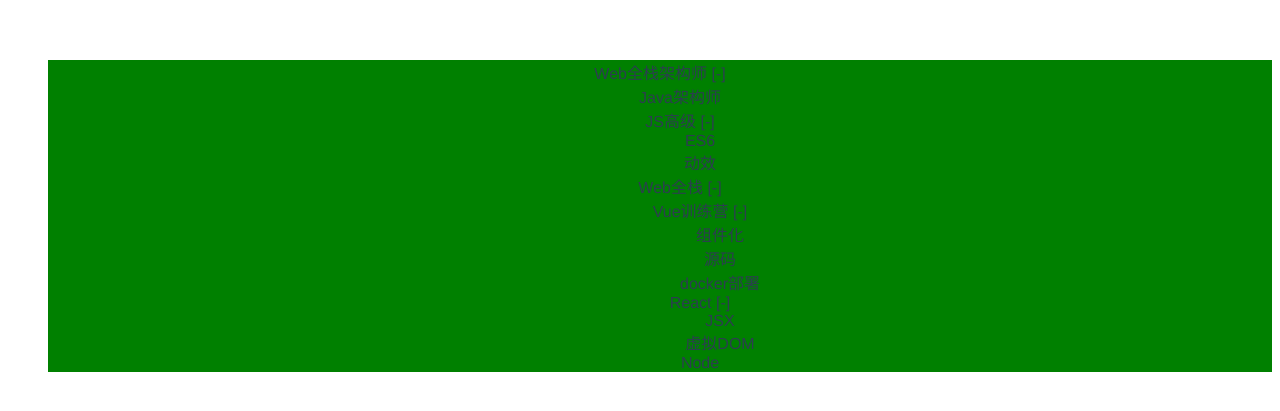
Repository: lxl0302/ClassBegin_-sound_code
Page: /#/tree
These files come from the project's save history. The page is drawn as it stood at one moment and after the next save; the edit follows.
The browser window is 1280 px wide. The pictures show the whole page.
The project was rebuilt for these pictures with package versions that can differ from the ones it lists, and the page was loaded fresh each time.

Above is the page before, as saved 2020-07-08 14:21:44.

### src/main.js
import Vue from 'vue'
import App from './App.vue'
import create from './utils/create'

Vue.config.productionTip = false

Vue.prototype.$create =create

new Vue({
  render: h => h(App),
}).$mount('#app')

### src/App.vue
<template>
  <div id="app">
    <HelloWorld />
  </div>
</template>

<script>
import HelloWorld from './tree/index'

export default {
  name: 'App',
  components: {
    HelloWorld
  }
}
</script>

<style>
#app {
  font-family: Avenir, Helvetica, Arial, sans-serif;
  -webkit-font-smoothing: antialiased;
  -moz-osx-font-smoothing: grayscale;
  text-align: center;
  color: #2c3e50;
  margin-top: 60px;
}
</style>

### src/utils/create.js
import Vue from 'vue';

export default function create(Component, props) {
  // 先创建实例
  const vm = new Vue({
    render(h) {
      // h就是createElement, 它返回VNode
      return h(Component, {props})
    }
  }).$mount();
  // 手动挂在dom 创建实例后 会有与实例对应的实体dom
  document.body.appendChild(vm.$el)
  // 销毁方法
  const comp = vm.$children[0];
  comp.remove = function() {
    document.body.removeChild(vm.$el); // 移除实体dom
    vm.$destroy() // 销毁实例
  }
  return comp
}

### src/tree/index.vue
<template>
  <div>
    <ul>
      <item class="item" :model="treeData"></item>
    </ul>
  </div>
</template>

<script>
import Item from "./Item";
export default {
  name: "index",
  components: { Item },
  data() {
    return {
      treeData: {
        title: "Web全栈架构师",
        children: [
          {
            title: "Java架构师"
          },
          {
            title: "JS高级",
            children: [
              {
                title: "ES6"
              },
              {
                title: "动效"
              }
            ]
          },
          {
            title: "Web全栈",
            children: [
              {
                title: "Vue训练营",
                expand: true,
                children: [
                  {
                    title: "组件化"
                  },
                  {
                    title: "源码"
                  },
                  {
                    title: "docker部署"
                  }
                ]
              },
              {
                title: "React",
                children: [
                  {
                    title: "JSX"
                  },
                  {
                    title: "虚拟DOM"
                  }
                ]
              },
              {
                title: "Node"
              }
            ]
          }
        ]
      }
    };
  }
};
</script>

<style lang="scss" scoped>
</style>

### src/tree/Item.vue
<template>
  <div class="item-class">
    <li>
    <div @click="toggle">
      {{model.title}}
      <span v-if="isFolder">[{{open ? '-' : '+'}}]</span>
    </div>
    <ul v-show="open" v-if="isFolder">
      <item class="item" v-for="model in model.children" :model="model" :key="model.title"></item>
    </ul>
  </li>
  </div>
</template>

<script>
export default {
  name: "Item",
  props: {
    model: {
      type: Object,
      required: true
    }
  },
  data() {
    return {
      open: true
    };
  },
  computed: {
    isFolder() {
      return this.model.children && this.model.children.length;
    }
  },
  methods: {
    toggle() {
      if (this.isFolder) {
        this.open = !this.open;
      }
    }
  }
};
</script>
<style scoped>
.item-class {
  list-style: none;
  background-color: green;
}
</style>

Loaded but not shown: public/index.html (common file)

After the next save:
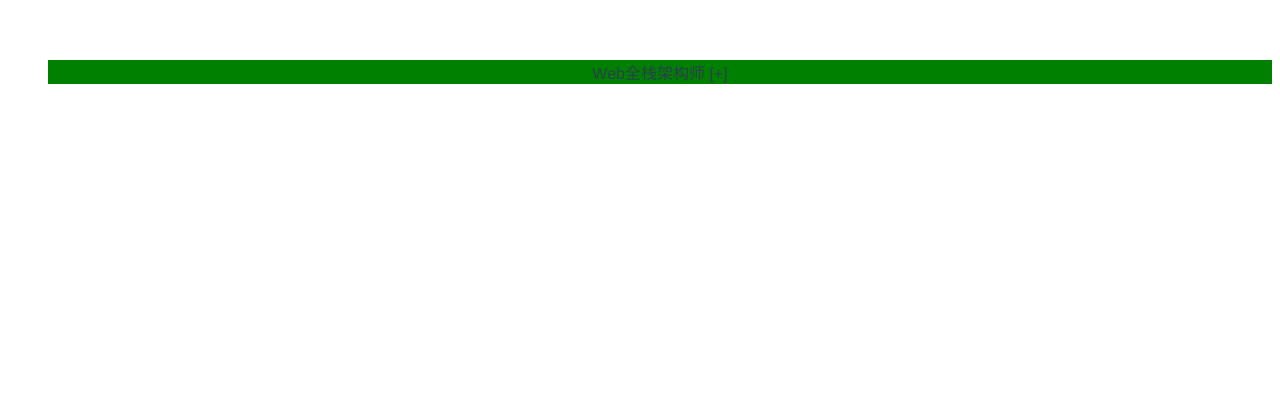
Saved 13 s later.
--- a/src/tree/Item.vue
+++ b/src/tree/Item.vue
@@ -23,7 +23,7 @@
   },
   data() {
     return {
-      open: true
+      open: false
     };
   },
   computed: {
